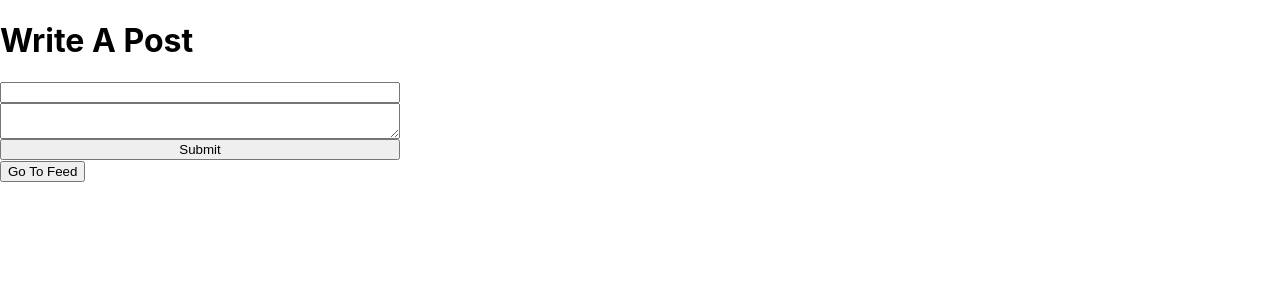
Repository: shaelorch/comp-week4
Page: /addPosts
These files come from the project's save history. The page is drawn as it stood at one moment and after the next save; the edit follows.
The browser window is 1280 px wide. The pictures show the whole page.
The project was rebuilt for these pictures with package versions that can differ from the ones it lists, and the page was loaded fresh each time. The framework's server and built-in components were replaced by stand-ins that run in the browser. Also part of the build but not shown: next.config.js.

Above is the page before, as saved 2023-01-31 23:04:37.

### pages/addPosts.js
import { useState } from 'react'
import axios from 'axios'
import { useEffect } from 'react'

export default function Home({posts}) {
    const [title, setTitle] = useState('')
    const [content, setContent] = useState('')

  const handleSubmit = async (e) => {
  e.preventDefault()
  const res = await axios.post('/api/posts', { title, content })
    console.log(res.data)
  }

  return <div class="main">
  <h1>Write A Post</h1>

        <form onSubmit={handleSubmit} style={{display: "flex", flexDirection: "column", maxWidth: "400px"}}>
          <input type="text" value={title} onChange={(e) => setTitle(e.target.value)} />
          <textarea value={content} onChange={(e) => setContent(e.target.value)} />


            <button type="submit">Submit</button>
        </form>
        <a href='/'>
            <button>Go To Feed</button>
        </a>


    </div>
  }

Loaded but not shown: pages/_app.js (common file); styles/globals.css (common file)

After the next save:
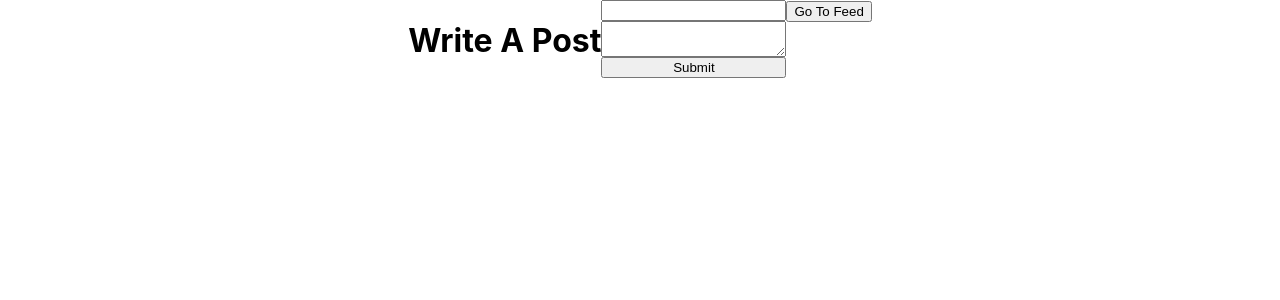
Saved 29 s later.
--- a/pages/addPosts.js
+++ b/pages/addPosts.js
@@ -12,7 +12,7 @@
     console.log(res.data)
   }
 
-  return <div class="main">
+  return <div style={{display:'flex', justifyContent:'center'}}>
   <h1>Write A Post</h1>
 
         <form onSubmit={handleSubmit} style={{display: "flex", flexDirection: "column", maxWidth: "400px"}}>

After the save that followed:
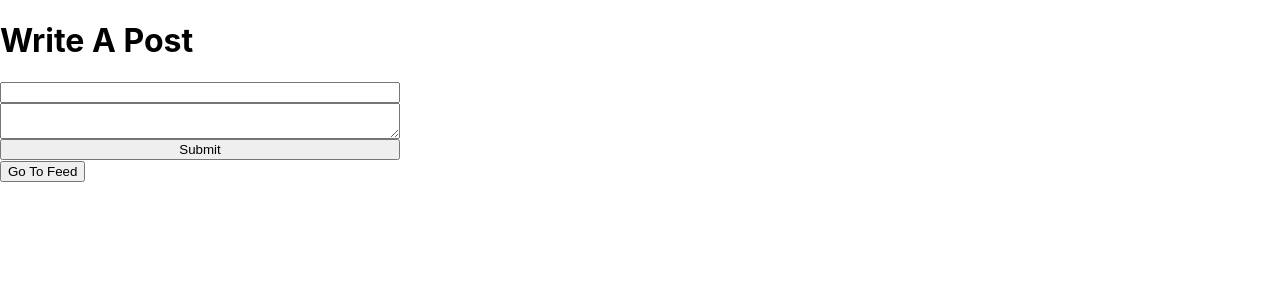
Saved 12 s later.
--- a/pages/addPosts.js
+++ b/pages/addPosts.js
@@ -12,7 +12,7 @@
     console.log(res.data)
   }
 
-  return <div style={{display:'flex', justifyContent:'center'}}>
+  return <div style={{display:'flex', justifyContent:'center', flexDirection:'column'}}>
   <h1>Write A Post</h1>
 
         <form onSubmit={handleSubmit} style={{display: "flex", flexDirection: "column", maxWidth: "400px"}}>
